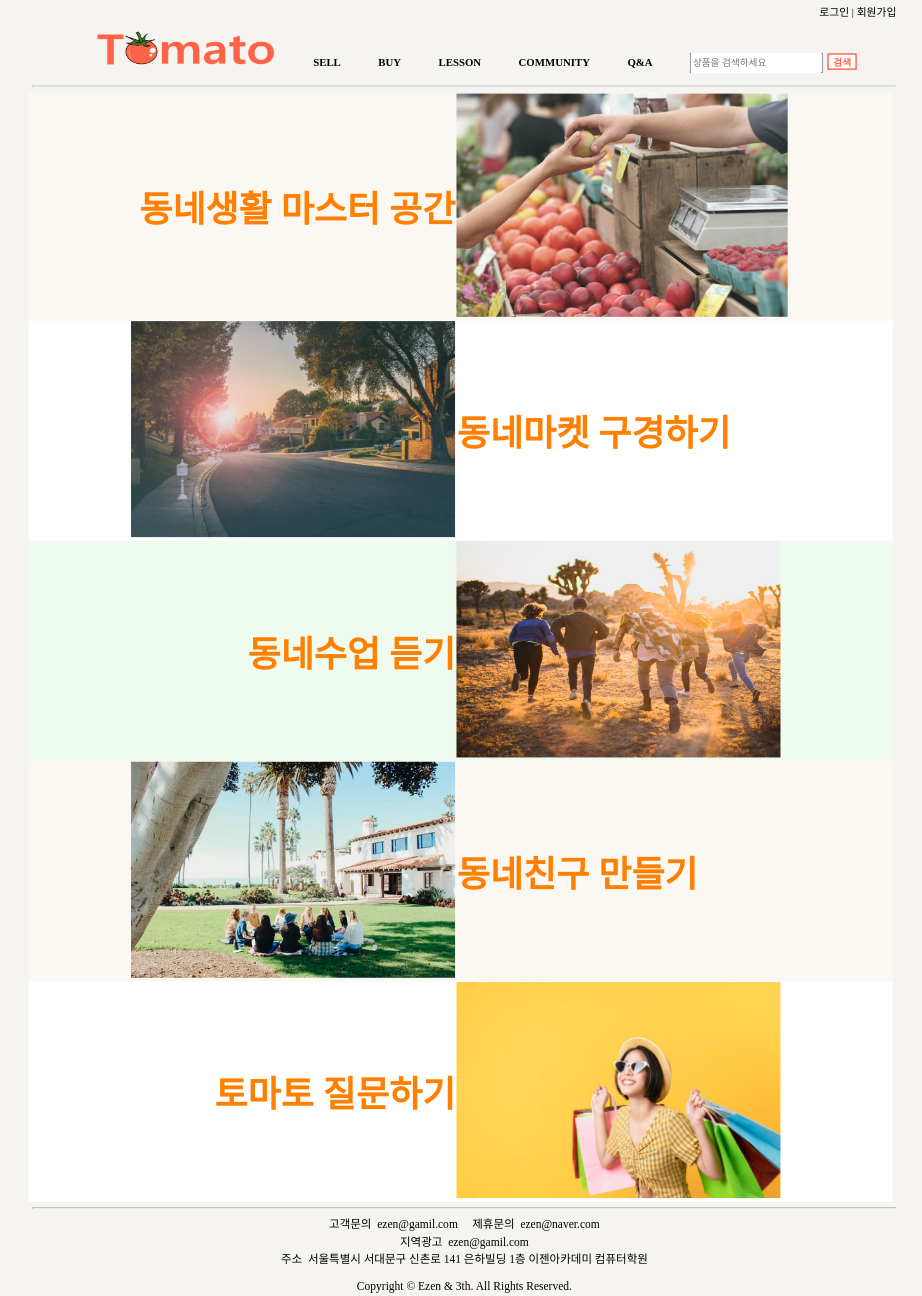
Repository: javadogfoot/semi-project
Page: http://localhost/tomato/indextest.jsp
These files come from the project's save history. The page is drawn as it stood at one moment and after the next save; the edit follows.
The browser window is 1280 px wide. The pictures show the whole page, at 72% of full size.
The pointer rests on the first visible `table img`.
The page is served by Tomcat 9. Other server files are loaded and not shown.

Above is the page before, as saved 2021-10-19 16:30:51.

### semi프로젝트워크스페이스/tomato/src/main/webapp/indextest.jsp
<%@ page language="java" contentType="text/html; charset=UTF-8"
    pageEncoding="UTF-8"%>
<!DOCTYPE html>
<html>
<head>
<meta charset="UTF-8">
<title>Tomato</title>
<link rel="stylesheet" type="text/css" href="/tomato/css/mainLayout.css">
<style>
.background-color1{
	background-color: #FBF7F2;
}
.background-color2{
	background-color: white
}
.background-color3{
	background-color: #EFFBEF;
}
.textright{
	text-align: right;
}
table {
	width: 1200px;
	margin: 0px auto;
	border-collapse: collapse;
}
span {
	font-size: 50px;
	color: #FF8000;
	font-weight: bold;
}
table img:hover{
	width:460px;
	height:310px;
}
</style>
</head>
<body>
<%@include file="/header.jsp" %>
<table>
	<tr class="background-color1">
		<td class="textright"><span>동네생활 마스터 공간</span></td>
		<td><img src="img/과일거래.jpg" alt="메인 상단 이미지1" width="450" height="300"></td>
	</tr>
	<tr class="background-color2">
		<td class="textright"><img src="img/동네.jpg" alt="메인 상단 이미지1" width="450" height="300"></td>
		<td><span>동네마켓 구경하기</span></td>
	</tr>
	<tr class="background-color3">
		<td class="textright"><span>동네수업 듣기</span></td>
		<td><img src="img/동네친구.jpeg" alt="메인 상단 이미지1" width="450" height="300"></td>
	</tr>
	<tr class="background-color1">
		<td class="textright"><img src="img/레슨.jpg" alt="메인 상단 이미지1" width="450" height="300"></td>
		<td><span>동네친구 만들기</span></td>
	</tr>
	<tr class="background-color2">
		<td class="textright"><span>토마토 질문하기</span></td>
		<td><img src="img/쇼핑.jpg" alt="메인 상단 이미지1" width="450" height="300"></td>
	</tr>
</table>
<%@include file="/footer.jsp" %>
</body>
</html>

### semi프로젝트워크스페이스/tomato/src/main/webapp/header.jsp
<%@ page language="java" contentType="text/html; charset=UTF-8"
    pageEncoding="UTF-8"%>
<!DOCTYPE html>
<html>
<head>
<meta charset="UTF-8">
<title>Insert title here</title>
<style>

#btn1{
   background-color: white;
   color: tomato;
   font-weight: bold;
   height:23px;
   border: none;
   margin:2px;
   border: 2px solid tomato;
}
#btn1:hovertn1{
   background-color: tomato;
   color: white;
   font-weight: bold;
   height:23px;
   border: none;
   margin:2px;
   border: 2px solid tomato;
}
</style>
</head>
<body>
<header>
<%
String m_id=(String)session.getAttribute("m_id");
String m_name=(String)session.getAttribute("m_name");
if(m_id==null){
   %>
   <div>
   <a href="/tomato/member/login.jsp">로그인</a> | <a href="/tomato/member/join.jsp">회원가입</a>
   </div>
   <%
}else{
      %>
   <div>
   <%
   if(m_id.equals("admin")){
      %>
      <a href="/tomato/admin/memberList_admin.jsp"><%=m_name %>님 마이페이지</a> |
      <%
   }else{
      %>
      <a href="/tomato/member/mypage.jsp"><%=m_name %>님 마이페이지</a> |
      <%
   }
   %>
   <a href="/tomato/member/logout.jsp">로그아웃</a>
   </div>
   <%
}
%>
<nav>
<ul>
   <li><h1><a href="/tomato/index.jsp"><img src="/tomato/img/토마토_메인로고.png" alt="메인로고" height="50px" width="250px"></a></h1></li>
   <li><h2><a href="/tomato/sell/sell.jsp">SELL</a></h2></li>
   <li><h2><a href="/tomato/buy/buyList.jsp?col=s_idx&range=desc">BUY</a></h2></li>
   <li><h2><a href="/tomato/lesson/lessonList.jsp">LESSON</a></h2></li>
   <li><h2><a href="/tomato/community/community.jsp">COMMUNITY</a></h2></li>
   <li><h2><a href="/tomato/qna/qnaList.jsp">Q&A</a></h2></li>
   <li>
		<form name="headerSearch" action="/tomato/buy/headerBuySearch.jsp" style="display: inline;">
			<input type="text" name="searchValue" placeholder="상품을 검색하세요">
			<input type="submit" value="검색" id="btn1">
		</form>
	</li>
</ul>
</nav>
<hr/>
</header>
</body>
</html>

### semi프로젝트워크스페이스/tomato/src/main/webapp/footer.jsp
<%@ page language="java" contentType="text/html; charset=UTF-8"
    pageEncoding="UTF-8"%>
<!DOCTYPE html>
<html>
<head>
<meta charset="UTF-8">
<title>Insert title here</title>
</head>
<body>
<footer>
<hr/>
<div>
고객문의&nbsp;&nbsp;ezen@gamil.com &nbsp;&nbsp;&nbsp;&nbsp;제휴문의&nbsp;&nbsp;ezen@naver.com
<br/>
지역광고&nbsp;&nbsp;ezen@gamil.com
<br/>
주소&nbsp;&nbsp;서울특별시 서대문구 신촌로 141 은하빌딩 1층 이젠아카데미 컴퓨터학원
</div>
<br/>
<div>Copyright &copy; Ezen & 3th. All Rights Reserved.</div>
</footer>
</body>
</html>

### semi프로젝트워크스페이스/tomato/src/main/webapp/css/mainLayout.css
@charset "UTF-8";
body{
   background-color: #f5f4f0;
   margin: 5px auto;
   width: 1200px;
}
header{
   width: 1200px;
   margin: 5px;
}
header div{
   text-align: right;
   font-size: 15px;
}
header div a{
   color: black;
   text-decoration: none;
}
header div a:hover{
   color: black;
   text-decoration: underline;
}
h1{
   font-size: 45px;
   color: tomato;
   display: inline;
}
h1 a{
   text-decoration: none;
   color: tomato;
}
h2{
   color: black;
   display: inline;
   font-size: 15px;
}
h2 a{
   text-decoration: none;
   color: black;
}
header nav li{
   list-style-type: none;
   display: inline;
   color: black;
   margin-left: 48px;
}
header input{

   height: 23px;
}
section{
   width: 1200px;
}
footer{
   width: 1200px;
   clear: both;
   margin: 5px;
   text-align: center;
}

After the next save:
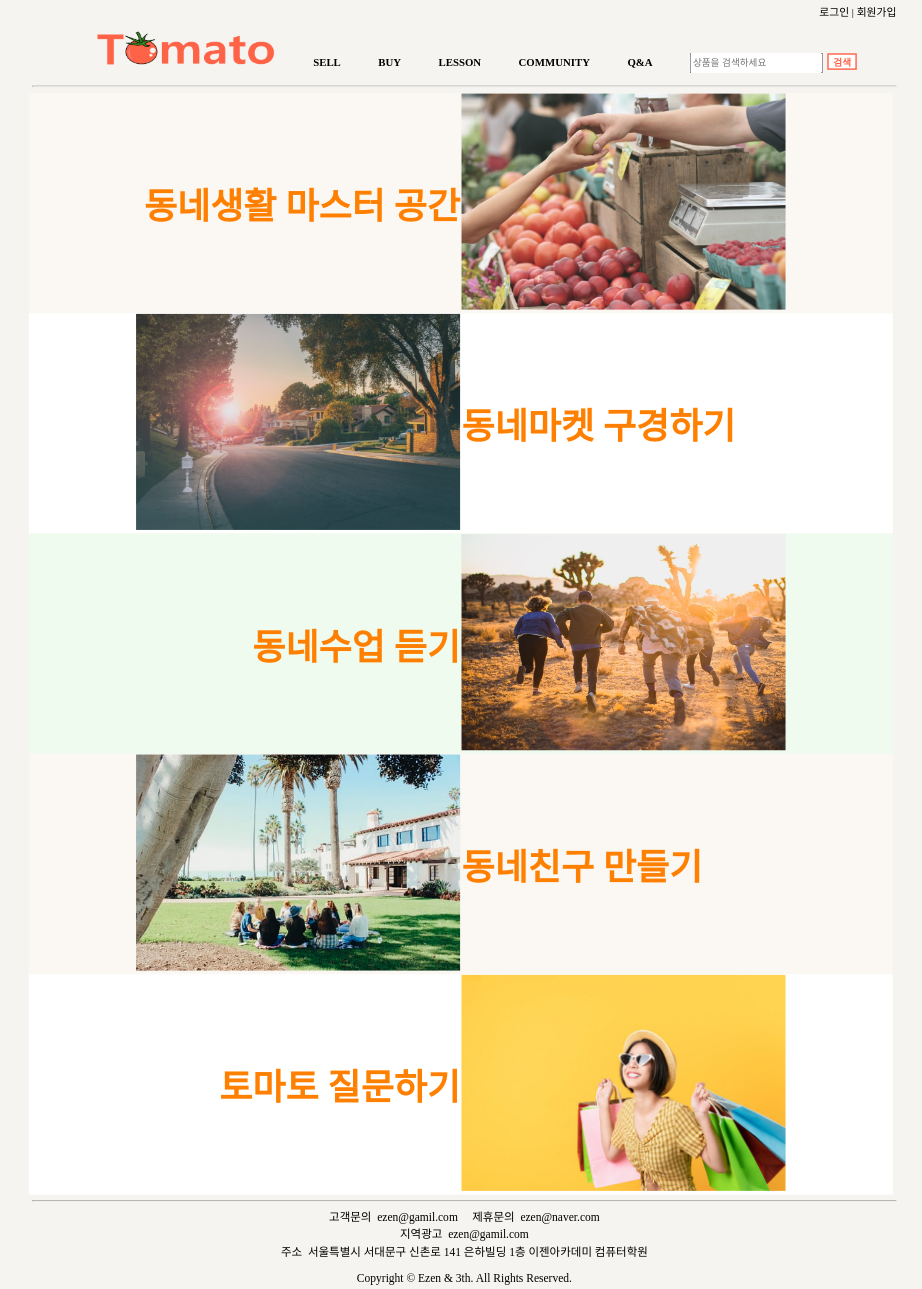
Saved 23 s later.
--- a/semi프로젝트워크스페이스/tomato/src/main/webapp/indextest.jsp
+++ b/semi프로젝트워크스페이스/tomato/src/main/webapp/indextest.jsp
@@ -29,10 +29,6 @@ span {
 	color: #FF8000;
 	font-weight: bold;
 }
-table img:hover{
-	width:460px;
-	height:310px;
-}
 </style>
 </head>
 <body>
